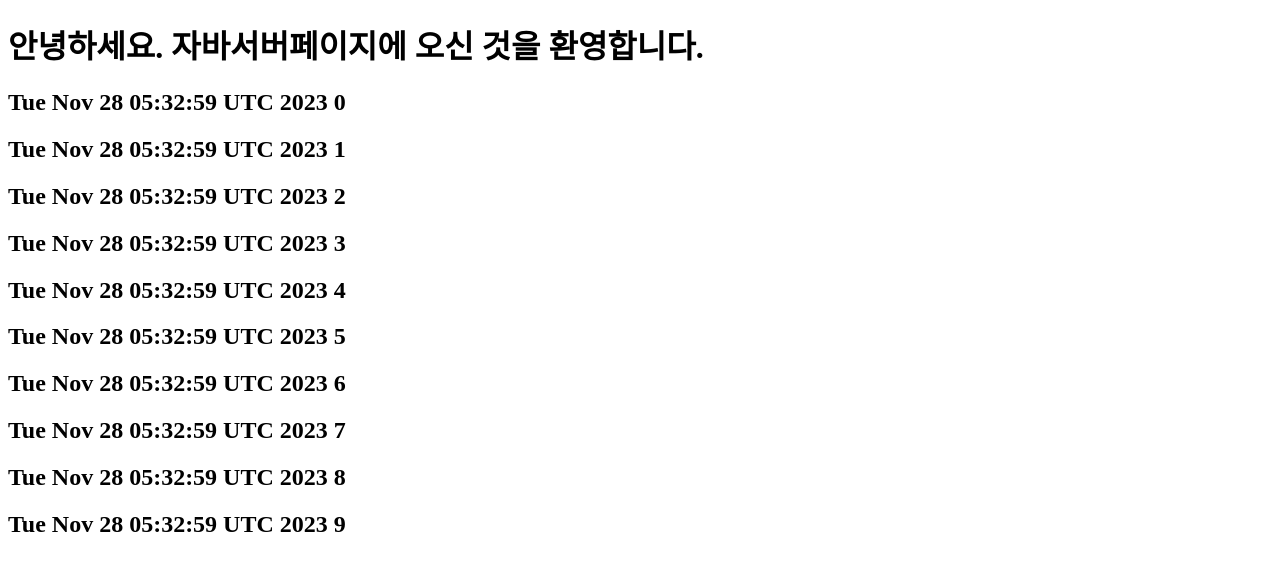
Repository: jinhanP/JSPtest
Page: http://localhost/jsptest/wlecome.jsp
The author's editor kept a copy of each file at every save. The page is drawn from the files as they stood at one save, then again after the next save.
The browser window is 1280 px wide. The pictures show the whole page.
The page is served by Tomcat 10. Other server files are loaded and not shown.

Above is the page before, as saved 2023-11-28 05:39:33.

### jsptest/src/main/webapp/wlecome.jsp
<%@page import="java.util.Date"%>
<%@ page language="java" contentType="text/html; charset=UTF-8"
    pageEncoding="UTF-8"%>
<!DOCTYPE html>
<html>
<head>
<meta charset="UTF-8">
<title>Insert title here</title>
<%
	Date date = new Date();
	String displayDate = date.toString();
%>
</head>
<body>
    <h1>안녕하세요. 자바서버페이지에 오신 것을 환영합니다.</h1>
    <%	for (int i = 0; i < 10; i++) {	%>
    <h2><%=displayDate + " " + i%></h2>
    <% } %>
</body>
</html>

After the next save:
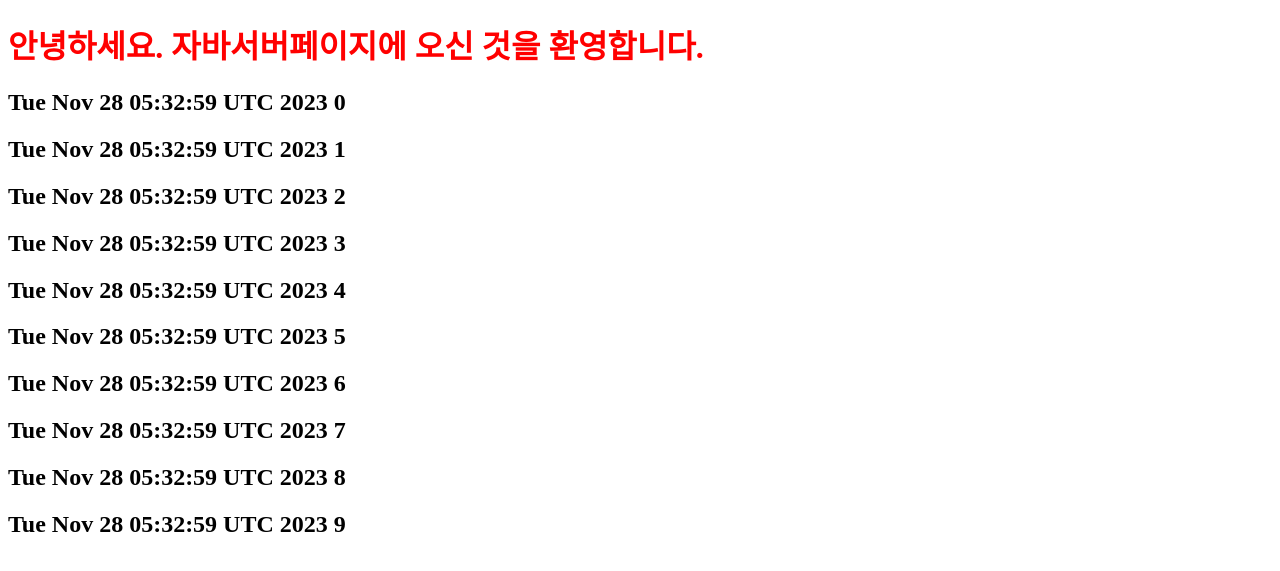
Saved 5 min 56 s later.
--- a/jsptest/src/main/webapp/wlecome.jsp
+++ b/jsptest/src/main/webapp/wlecome.jsp
@@ -6,6 +6,11 @@
 <head>
 <meta charset="UTF-8">
 <title>Insert title here</title>
+<style type="text/css">
+	h1 {
+	 	color: red;
+	}
+</style>
 <%
 	Date date = new Date();
 	String displayDate = date.toString();
